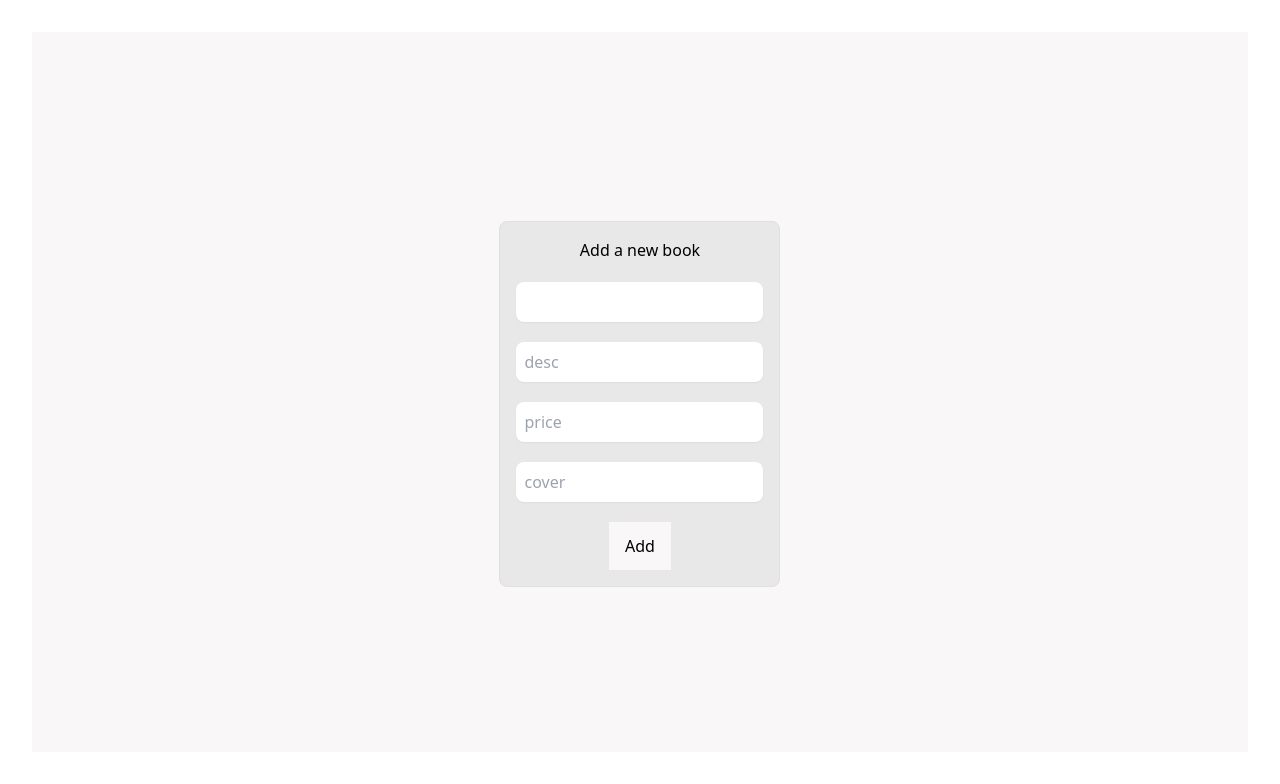
Repository: Vasil1001/fullstack-nutrition-tracker
Page: /add (app in frontend/)
These files come from the project's save history. The page is drawn as it stood at one moment and after the next save; the edit follows.
The browser window is 1280 px wide. The pictures show the whole page.
The project was rebuilt for these pictures with package versions that can differ from the ones it lists, and the page was loaded fresh each time. Also part of the build but not shown: frontend/vite.config.js, frontend/src/pages/Books.jsx, frontend/src/pages/Update.jsx.

Above is the page before, as saved 2023-05-21 20:58:32.

### frontend/src/App.jsx
import { useState } from 'react'
import reactLogo from './assets/react.svg'
import viteLogo from '/vite.svg'
import './App.css'
import { BrowserRouter, Routes, Route } from 'react-router-dom'
import Books from './pages/Books'
import Add from './pages/Add'
import Update from './pages/Update'

function App() {
  return (
    <div className="bg-[#f9f7f7]">
      <div className="max-w-screen mx-auto flex min-h-screen flex-col justify-center xl:w-10/12  ">
        <BrowserRouter>
          <Routes>
            <Route path="/" element={<Books />} />
            <Route path="/add" element={<Add />} />
            <Route path="/update/:id" element={<Update />} />
          </Routes>
        </BrowserRouter>
      </div>
    </div>
  )
}

export default App

### frontend/src/pages/Add.jsx
import axios from 'axios'
import React, { useState } from 'react'
import { useNavigate } from 'react-router-dom'

export default function Add() {
  const [book, setBook] = useState({
    title: '',
    desc: '',
    price: 'null',
    cover: '',
  })

  const navigate = useNavigate()

  const handleChange = (e) => {
    setBook((prev) => ({ ...prev, [e.target.name]: e.target.value }))
  }

  const handleClick = async (e) => {
    e.preventDefault()

    try {
      await axios.post('http://localhost:8080/books', book)
      navigate('/')
    } catch (error) {
      console.log(error)
    }
  }

  console.log(book)

  return (
    <div className="mx-auto mt-6 flex flex-col rounded-lg border border-[#e1e0e0] bg-[#e8e8e8] p-4 items-center justify-center gap-5">
      <h1>Add a new book</h1>
      <input className='p-2 rounded-lg shadow-sm' type="text" palceholder="title" name="title" onChange={handleChange} />
      <input className='p-2 rounded-lg shadow-sm' type="text" placeholder="desc" name="desc" onChange={handleChange} />
      <input className='p-2 rounded-lg shadow-sm' type="number" placeholder="price" name="price" onChange={handleChange} />
      <input className='p-2 rounded-lg shadow-sm' type="text" placeholder="cover" name="cover" onChange={handleChange} />
      <button className="bg-[#f9f7f7] p-3 px-4" onClick={handleClick}>
        Add
      </button>
    </div>
  )
}

### frontend/tailwind.config.js
/** @type {import('tailwindcss').Config} */
export default {
  content: [
    "./index.html",
    "./src/**/*.{js,ts,jsx,tsx}",
  ],
  theme: {
    extend: {},
  },
  plugins: [require("tailwindcss-animate")],
}

Loaded but not shown: frontend/index.html (common file); frontend/src/main.jsx (common file); frontend/src/index.css (common file); frontend/src/App.css (common file)

After the next save:
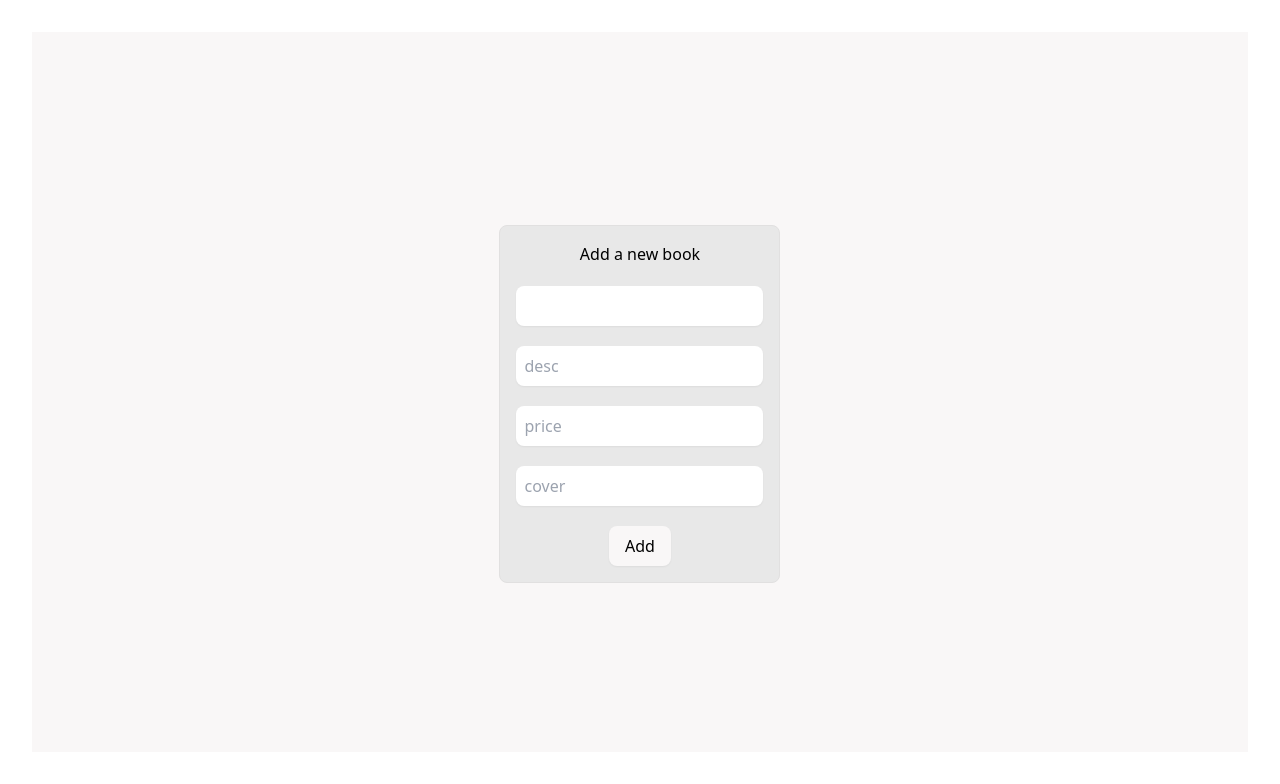
Saved 10 s later.
--- a/frontend/src/pages/Add.jsx
+++ b/frontend/src/pages/Add.jsx
@@ -36,7 +36,7 @@ export default function Add() {
       <input className='p-2 rounded-lg shadow-sm' type="text" placeholder="desc" name="desc" onChange={handleChange} />
       <input className='p-2 rounded-lg shadow-sm' type="number" placeholder="price" name="price" onChange={handleChange} />
       <input className='p-2 rounded-lg shadow-sm' type="text" placeholder="cover" name="cover" onChange={handleChange} />
-      <button className="bg-[#f9f7f7] p-3 px-4" onClick={handleClick}>
+      <button className="bg-[#f9f7f7] p-2 rounded-lg shadow-sm px-4" onClick={handleClick}>
         Add
       </button>
     </div>
